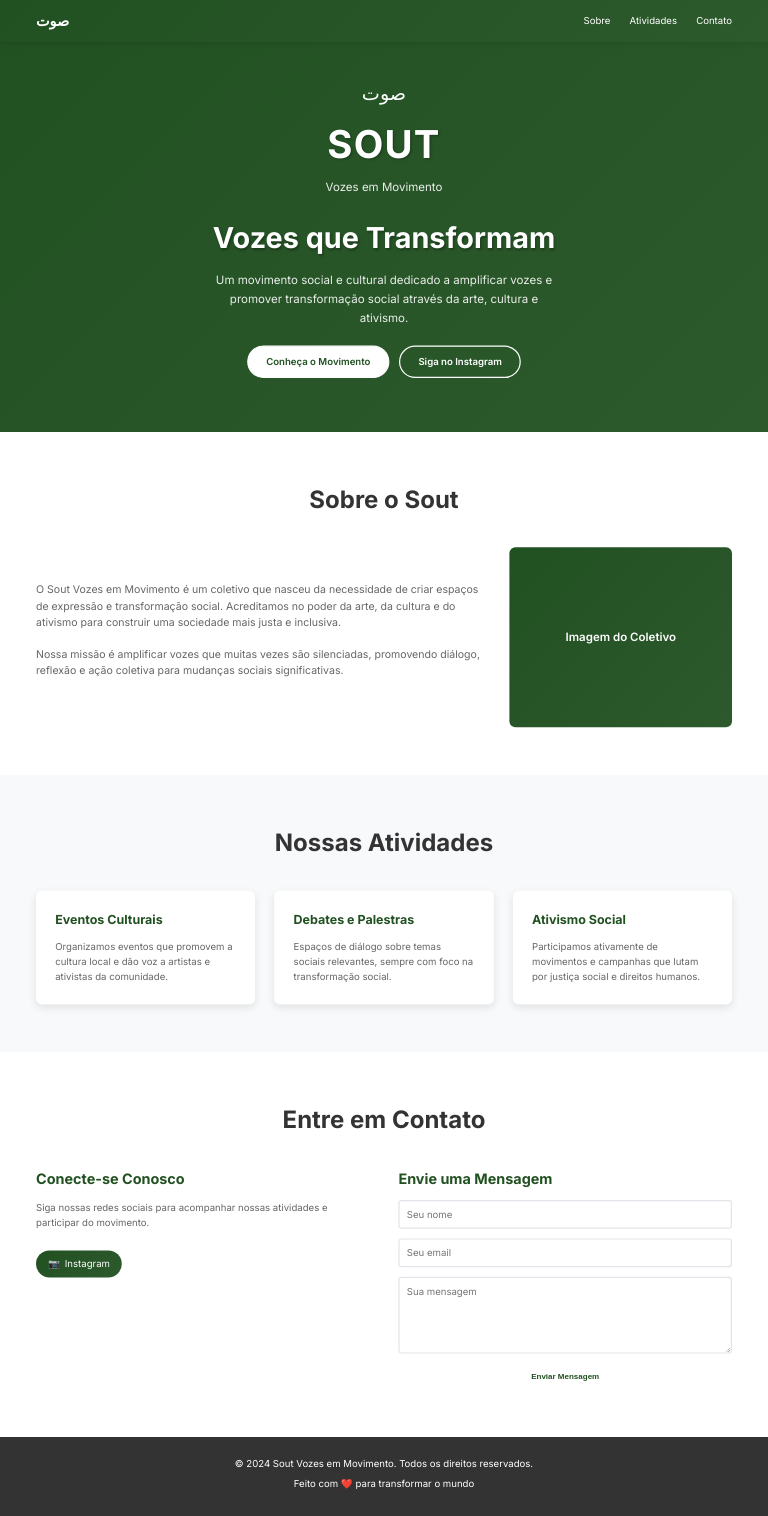
Repository: farukzahra/sout
Page: index.html
The author's editor kept a copy of each file at every save. The page is drawn from the files as they stood at one save, then again after a run of saves.
The browser window is 1280 px wide. The pictures show the whole page, at 60% of full size.

Above is the page before, as saved 2025-10-02 12:59:18.

### index.html
<!DOCTYPE html>
<html lang="pt-BR">
<head>
    <meta charset="UTF-8">
    <meta name="viewport" content="width=device-width, initial-scale=1.0">
    <title>Sout Vozes em Movimento</title>
    <meta name="description" content="Sout Vozes em Movimento - Movimento social e cultural">
    <link rel="stylesheet" href="style.css">
    <link href="https://fonts.googleapis.com/css2?family=Inter:wght@300;400;600;700&display=swap" rel="stylesheet">
</head>
<body>
    <header class="header">
        <nav class="nav">
            <div class="nav-brand">
                <h1>صوت</h1>
            </div>
            <ul class="nav-menu">
                <li><a href="#sobre">Sobre</a></li>
                <li><a href="#atividades">Atividades</a></li>
                <li><a href="#contato">Contato</a></li>
            </ul>
        </nav>
    </header>

    <main>
        <section class="hero">
            <div class="hero-content">
                <div class="hero-logo">
                    <div class="logo-text">صوت</div>
                    <div class="logo-main">SOUT</div>
                    <div class="logo-subtitle">Vozes em Movimento</div>
                </div>
                <h2>Vozes que Transformam</h2>
                <p>Um movimento social e cultural dedicado a amplificar vozes e promover transformação social através da arte, cultura e ativismo.</p>
                <div class="hero-buttons">
                    <a href="#sobre" class="btn btn-primary">Conheça o Movimento</a>
                    <a href="https://www.instagram.com/sout_vozesemmovimento/" target="_blank" class="btn btn-secondary">Siga no Instagram</a>
                </div>
            </div>
        </section>

        <section id="sobre" class="section">
            <div class="container">
                <h2>Sobre o Sout</h2>
                <div class="about-content">
                    <div class="about-text">
                        <p>O Sout Vozes em Movimento é um coletivo que nasceu da necessidade de criar espaços de expressão e transformação social. Acreditamos no poder da arte, da cultura e do ativismo para construir uma sociedade mais justa e inclusiva.</p>
                        <p>Nossa missão é amplificar vozes que muitas vezes são silenciadas, promovendo diálogo, reflexão e ação coletiva para mudanças sociais significativas.</p>
                    </div>
                    <div class="about-image">
                        <div class="placeholder-image">
                            <span>Imagem do Coletivo</span>
                        </div>
                    </div>
                </div>
            </div>
        </section>

        <section id="atividades" class="section section-alt">
            <div class="container">
                <h2>Nossas Atividades</h2>
                <div class="activities-grid">
                    <div class="activity-card">
                        <h3>Eventos Culturais</h3>
                        <p>Organizamos eventos que promovem a cultura local e dão voz a artistas e ativistas da comunidade.</p>
                    </div>
                    <div class="activity-card">
                        <h3>Debates e Palestras</h3>
                        <p>Espaços de diálogo sobre temas sociais relevantes, sempre com foco na transformação social.</p>
                    </div>
                    <div class="activity-card">
                        <h3>Ativismo Social</h3>
                        <p>Participamos ativamente de movimentos e campanhas que lutam por justiça social e direitos humanos.</p>
                    </div>
                </div>
            </div>
        </section>

        <section id="contato" class="section">
            <div class="container">
                <h2>Entre em Contato</h2>
                <div class="contact-content">
                    <div class="contact-info">
                        <h3>Conecte-se Conosco</h3>
                        <p>Siga nossas redes sociais para acompanhar nossas atividades e participar do movimento.</p>
                        <div class="social-links">
                            <a href="https://www.instagram.com/sout_vozesemmovimento/" target="_blank" class="social-link">
                                <span>📷</span> Instagram
                            </a>
                        </div>
                    </div>
                    <div class="contact-form">
                        <h3>Envie uma Mensagem</h3>
                        <form>
                            <input type="text" placeholder="Seu nome" required>
                            <input type="email" placeholder="Seu email" required>
                            <textarea placeholder="Sua mensagem" rows="5" required></textarea>
                            <button type="submit" class="btn btn-primary">Enviar Mensagem</button>
                        </form>
                    </div>
                </div>
            </div>
        </section>
    </main>

    <footer class="footer">
        <div class="container">
            <p>&copy; 2024 Sout Vozes em Movimento. Todos os direitos reservados.</p>
            <p>Feito com ❤️ para transformar o mundo</p>
        </div>
    </footer>

    <script>
        // Smooth scrolling para links internos
        document.querySelectorAll('a[href^="#"]').forEach(anchor => {
            anchor.addEventListener('click', function (e) {
                e.preventDefault();
                const target = document.querySelector(this.getAttribute('href'));
                if (target) {
                    target.scrollIntoView({
                        behavior: 'smooth',
                        block: 'start'
                    });
                }
            });
        });

        // Formulário de contato (funcionalidade básica)
        document.querySelector('form').addEventListener('submit', function(e) {
            e.preventDefault();
            alert('Obrigado pela sua mensagem! Entraremos em contato em breve.');
            this.reset();
        });
    </script>
</body>
</html>

### style.css
/* Reset e configurações básicas */
* {
    margin: 0;
    padding: 0;
    box-sizing: border-box;
}

body {
    font-family: 'Inter', sans-serif;
    line-height: 1.6;
    color: #333;
    background-color: #fff;
}

.container {
    max-width: 1200px;
    margin: 0 auto;
    padding: 0 20px;
}

/* Header */
.header {
    background: linear-gradient(135deg, #215021 0%, #2d5a2d 100%);
    color: white;
    padding: 1rem 0;
    position: fixed;
    top: 0;
    width: 100%;
    z-index: 1000;
    box-shadow: 0 2px 10px rgba(0,0,0,0.1);
}

.nav {
    display: flex;
    justify-content: space-between;
    align-items: center;
    max-width: 1200px;
    margin: 0 auto;
    padding: 0 20px;
}

.nav-brand h1 {
    font-size: 1.5rem;
    font-weight: 700;
    direction: rtl;
}

.hero-logo {
    margin-bottom: 2rem;
}

.hero-logo .logo-text {
    font-size: 2rem;
    margin-bottom: 0.5rem;
    direction: rtl;
}

.hero-logo .logo-main {
    font-size: 4rem;
    font-weight: 700;
    letter-spacing: 2px;
    margin-bottom: 0.3rem;
    text-shadow: 2px 2px 4px rgba(0,0,0,0.3);
}

.hero-logo .logo-subtitle {
    font-size: 1.2rem;
    opacity: 0.9;
}

.nav-menu {
    display: flex;
    list-style: none;
    gap: 2rem;
}

.nav-menu a {
    color: white;
    text-decoration: none;
    font-weight: 500;
    transition: opacity 0.3s ease;
}

.nav-menu a:hover {
    opacity: 0.8;
}

/* Hero Section */
.hero {
    background: linear-gradient(135deg, #215021 0%, #2d5a2d 100%);
    color: white;
    padding: 120px 0 80px;
    text-align: center;
    min-height: 100vh;
    display: flex;
    align-items: center;
    justify-content: center;
}


.hero-content h2 {
    font-size: 3rem;
    font-weight: 700;
    margin-bottom: 1rem;
    text-shadow: 2px 2px 4px rgba(0,0,0,0.3);
}

.hero-content {
    max-width: 800px;
    margin: 0 auto;
    padding: 0 20px;
}

.hero-content p {
    font-size: 1.2rem;
    margin-bottom: 2rem;
    max-width: 600px;
    margin-left: auto;
    margin-right: auto;
    opacity: 0.9;
}

.hero-buttons {
    display: flex;
    gap: 1rem;
    justify-content: center;
    flex-wrap: wrap;
}

/* Botões */
.btn {
    display: inline-block;
    padding: 12px 30px;
    text-decoration: none;
    border-radius: 50px;
    font-weight: 600;
    transition: all 0.3s ease;
    border: 2px solid transparent;
}

.btn-primary {
    background: white;
    color: #215021;
    border-color: white;
}

.btn-primary:hover {
    background: transparent;
    color: white;
    border-color: white;
}

.btn-secondary {
    background: transparent;
    color: white;
    border-color: white;
}

.btn-secondary:hover {
    background: white;
    color: #215021;
}

/* Seções */
.section {
    padding: 80px 0;
}

.section-alt {
    background-color: #f8f9fa;
}

.section h2 {
    text-align: center;
    font-size: 2.5rem;
    margin-bottom: 3rem;
    color: #333;
}

/* Sobre */
.about-content {
    display: grid;
    grid-template-columns: 2fr 1fr;
    gap: 3rem;
    align-items: center;
}

.about-text p {
    font-size: 1.1rem;
    margin-bottom: 1.5rem;
    color: #666;
}

.placeholder-image {
    background: linear-gradient(135deg, #215021 0%, #2d5a2d 100%);
    height: 300px;
    border-radius: 10px;
    display: flex;
    align-items: center;
    justify-content: center;
    color: white;
    font-size: 1.2rem;
    font-weight: 600;
}

/* Atividades */
.activities-grid {
    display: grid;
    grid-template-columns: repeat(auto-fit, minmax(300px, 1fr));
    gap: 2rem;
}

.activity-card {
    background: white;
    padding: 2rem;
    border-radius: 10px;
    box-shadow: 0 5px 15px rgba(0,0,0,0.1);
    transition: transform 0.3s ease, box-shadow 0.3s ease;
}

.activity-card:hover {
    transform: translateY(-5px);
    box-shadow: 0 10px 25px rgba(0,0,0,0.15);
}

.activity-card h3 {
    color: #215021;
    margin-bottom: 1rem;
    font-size: 1.3rem;
}

.activity-card p {
    color: #666;
    line-height: 1.6;
}

/* Contato */
.contact-content {
    display: grid;
    grid-template-columns: 1fr 1fr;
    gap: 3rem;
}

.contact-info h3 {
    color: #215021;
    margin-bottom: 1rem;
    font-size: 1.5rem;
}

.contact-info p {
    color: #666;
    margin-bottom: 2rem;
}

.social-links {
    display: flex;
    gap: 1rem;
}

.social-link {
    display: flex;
    align-items: center;
    gap: 0.5rem;
    padding: 10px 20px;
    background: linear-gradient(135deg, #215021 0%, #2d5a2d 100%);
    color: white;
    text-decoration: none;
    border-radius: 25px;
    transition: transform 0.3s ease;
}

.social-link:hover {
    transform: translateY(-2px);
}

.contact-form h3 {
    color: #215021;
    margin-bottom: 1rem;
    font-size: 1.5rem;
}

.contact-form form {
    display: flex;
    flex-direction: column;
    gap: 1rem;
}

.contact-form input,
.contact-form textarea {
    padding: 12px;
    border: 2px solid #e1e5e9;
    border-radius: 5px;
    font-family: inherit;
    font-size: 1rem;
    transition: border-color 0.3s ease;
}

.contact-form input:focus,
.contact-form textarea:focus {
    outline: none;
    border-color: #215021;
}

.contact-form textarea {
    resize: vertical;
    min-height: 120px;
}

/* Footer */
.footer {
    background: #333;
    color: white;
    text-align: center;
    padding: 2rem 0;
}

.footer p {
    margin-bottom: 0.5rem;
}

/* Responsividade */
@media (max-width: 768px) {
    .nav {
        flex-direction: column;
        gap: 1rem;
    }

    .nav-menu {
        gap: 1rem;
    }

    .hero-logo .logo-main {
        font-size: 3rem;
    }

    .hero-content h2 {
        font-size: 2rem;
    }

    .hero-buttons {
        flex-direction: column;
        align-items: center;
    }

    .about-content,
    .contact-content {
        grid-template-columns: 1fr;
        gap: 2rem;
    }

    .activities-grid {
        grid-template-columns: 1fr;
    }

    .section h2 {
        font-size: 2rem;
    }
}

@media (max-width: 480px) {
    .hero {
        padding: 100px 0 60px;
    }

    .hero-logo .logo-main {
        font-size: 2.5rem;
    }

    .hero-content h2 {
        font-size: 1.8rem;
    }

    .hero-content p {
        font-size: 1rem;
    }

    .section {
        padding: 60px 0;
    }

    .container {
        padding: 0 15px;
    }
}

After the next 2 saves:
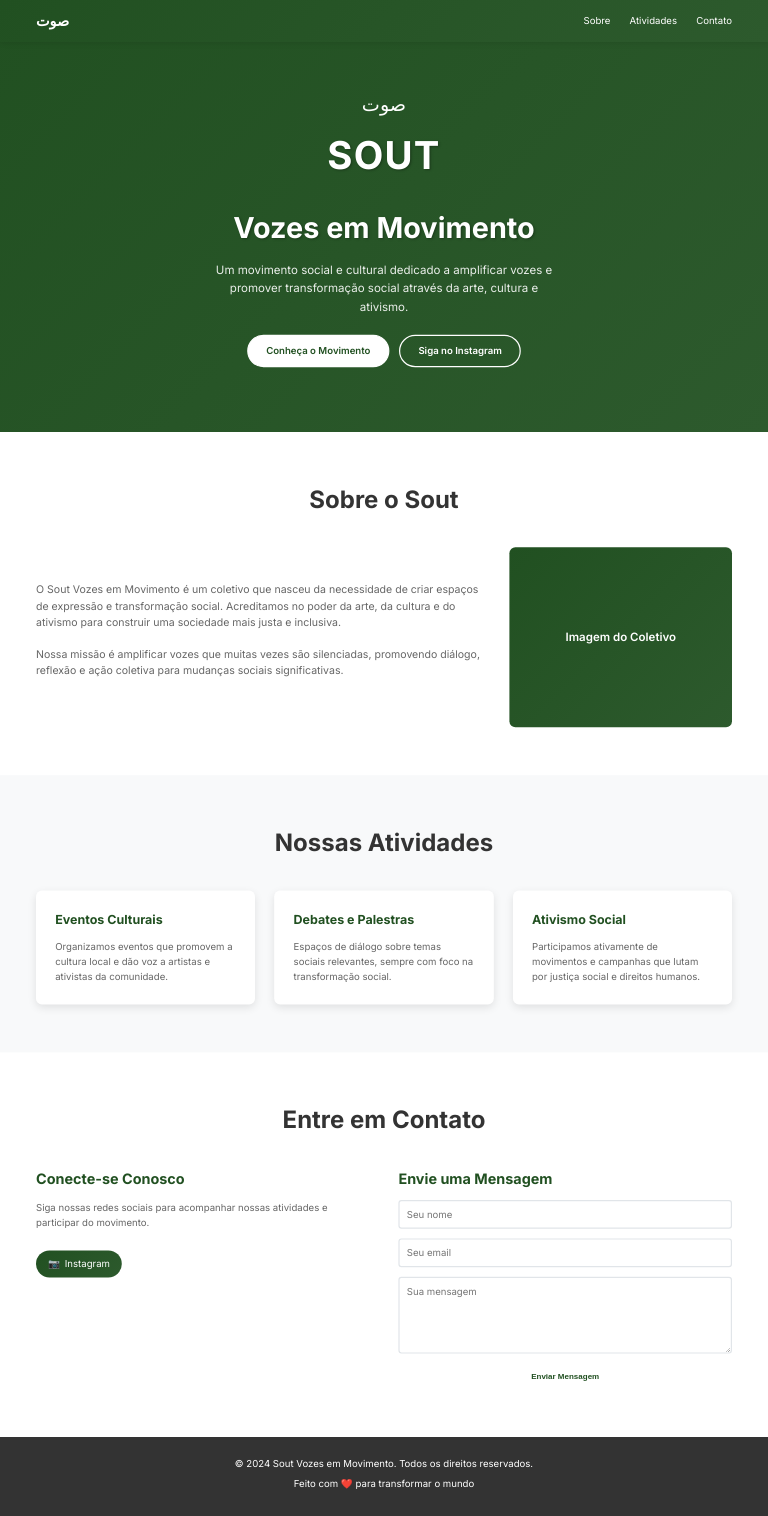
The 2 saves are shown as one change because they came seconds apart.
The last was saved 60 s later.
--- a/index.html
+++ b/index.html
@@ -28,9 +28,8 @@
                 <div class="hero-logo">
                     <div class="logo-text">صوت</div>
                     <div class="logo-main">SOUT</div>
-                    <div class="logo-subtitle">Vozes em Movimento</div>
                 </div>
-                <h2>Vozes que Transformam</h2>
+                <h2>Vozes em Movimento</h2>
                 <p>Um movimento social e cultural dedicado a amplificar vozes e promover transformação social através da arte, cultura e ativismo.</p>
                 <div class="hero-buttons">
                     <a href="#sobre" class="btn btn-primary">Conheça o Movimento</a>
